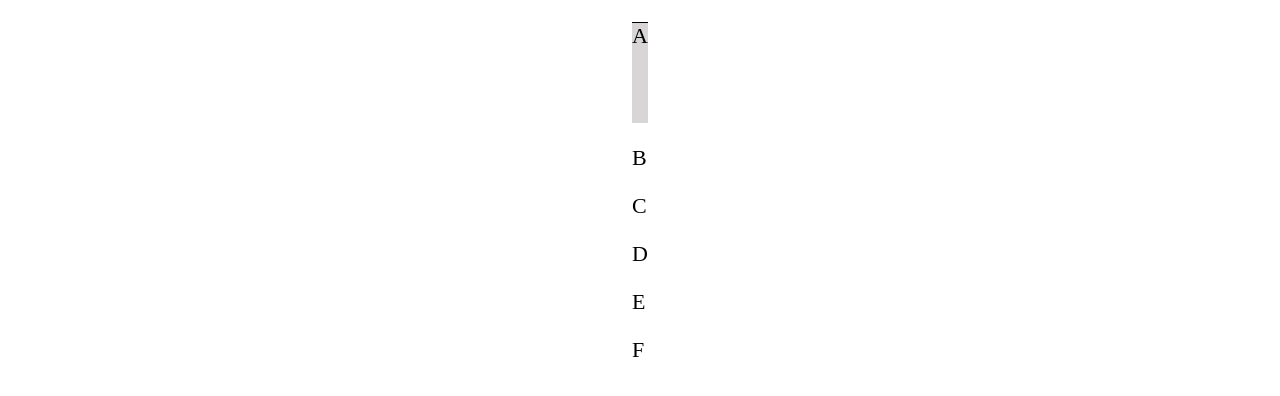
Repository: HoangDuy315/HW_TVK
Page: ex2/index.html
The author's editor kept a copy of each file at every save. The page is drawn from the files as they stood at one save, then again after the next save.
The browser window is 1280 px wide. The pictures show the whole page.

Above is the page before, as saved 2022-10-10 16:07:48.

After the next save:
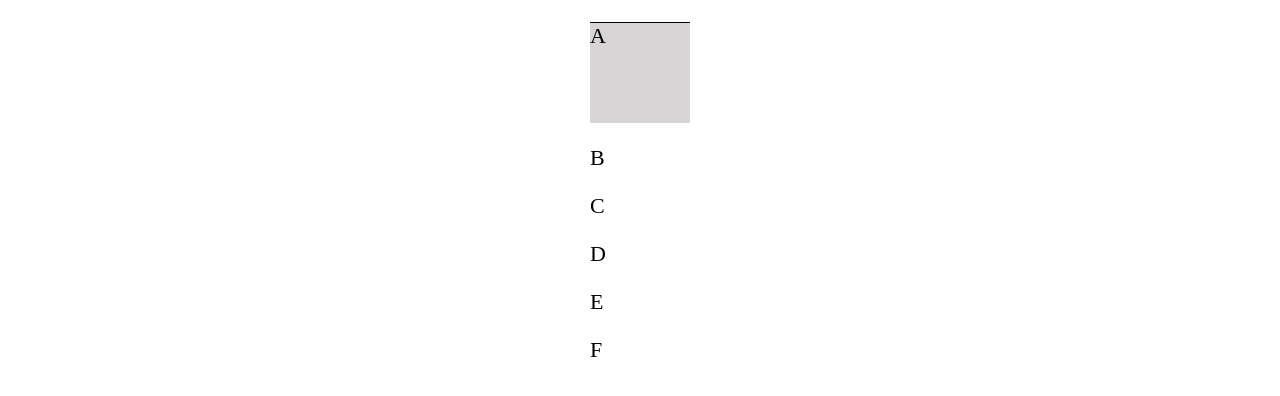
Saved 8 s later.
--- a/ex2/styleA.css
+++ b/ex2/styleA.css
@@ -8,6 +8,7 @@ body {
 
 .square {
   min-height: 100px;
+  min-width: 100px;
   border-top: 1px solid black;
   background-color: rgb(215, 213, 213);
 }
